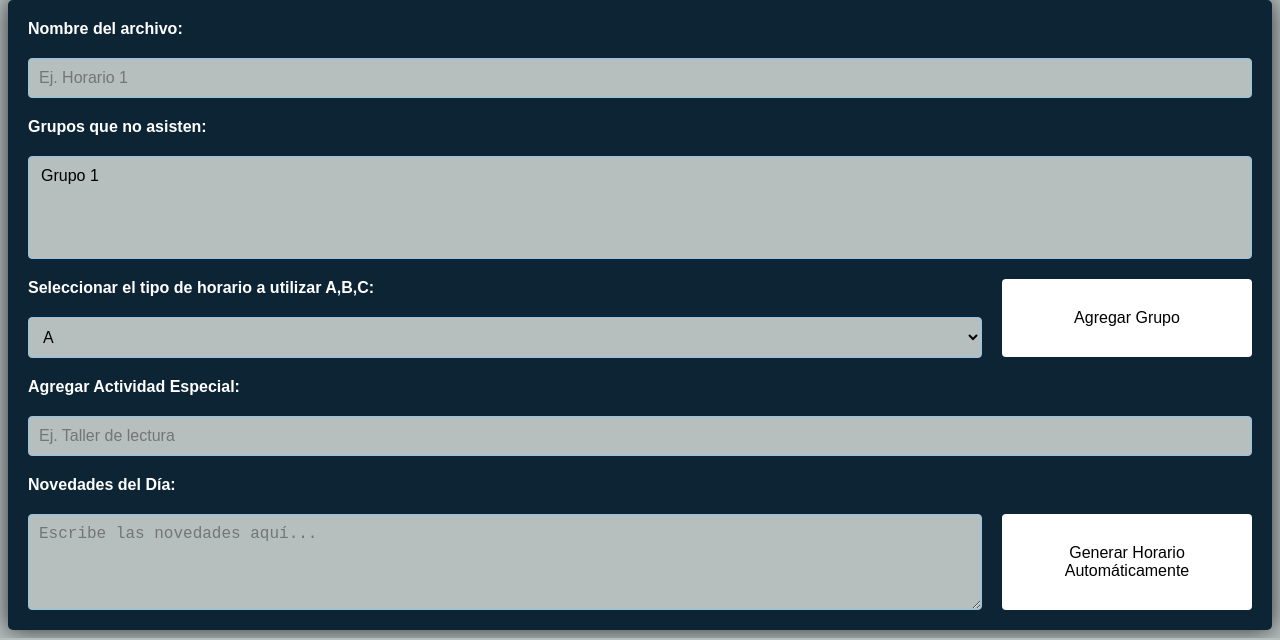
Repository: Shyk0/Zeitplan
Page: FormularioMaterias_page.html
These files come from the project's save history. The page is drawn as it stood at one moment and after the next save; the edit follows.
The browser window is 1280 px wide. The pictures show the part of the page from y = 286 to 926 px (the page is 926 px tall).

Above is the page before, as saved 2024-11-07 13:52:56.

### FormularioMaterias_page.html
<!DOCTYPE html>
<html lang="es">
<head>
    <meta charset="UTF-8">
    <meta name="viewport" content="width=device-width, initial-scale=1.0">
    <title>Formulario de Creación de Horarios</title>

    <link rel="stylesheet" href="styles/styles_formulario_page.css">
</head>
<body>

    <div class="dropdown">
        <button class="dropdown-button">Menú Desplegable</button>
        <div class="dropdown-content">
            <button><a href="Home_page.html">Ir a la sección en Página 2</a></button>
            <button>Opción 2</button>
            <button>Opción 3</button>
        </div>
    </div>

    <div class ="form-container-arriba"></div>

    <div class="form-container">
        <label for="nomArchivo">Nombre del archivo:</label>
        <input type="text" id="nomArchivo" placeholder="Ej. Horario 1">

        <label for="no-asisten">Grupos que no asisten:</label>
        <select id="no-asisten" multiple>
          <option value="grupo1">Grupo 1</option>
        </select>
        <div id="grupos-container">
            <!-- Contenedor donde se añadirán los nuevos grupos -->
            <label for="horario-ABC">Seleccionar el tipo de horario a utilizar A,B,C:</label>
            <select id="horario-ABC">
              <option value="A">A</option>
              <option value="B">B</option>
            </select>
        </div>

        <button id="agregar-grupo">Agregar Grupo</button>

        <label for="actividad-especial">Agregar Actividad Especial:</label>
        <input type="text" id="actividad-especial" placeholder="Ej. Taller de lectura">

        <label for="novedades">Novedades del Día:</label>
        <textarea id="novedades" rows="4" placeholder="Escribe las novedades aquí..."></textarea>

        <button id="generar-horario">Generar Horario Automáticamente</button>
    </div>

    <!-- Vista Previa -->
    <div class="preview-container" id="preview-container" style="display:none;">
        <h2>Vista Previa del Horario</h2>
        <div id="preview-content">
            <!-- Aquí se llenarán los datos del formulario para vista previa -->
        </div>
    </div>
    <!-- Scripts -->
    <script src="scripts/script_formulario_page.js"></script>
</body>
</html>

### styles/styles_formulario_page.css
:root{
    --color-backgroundForm: #0c2434;
    --color-input: #93c4e6;
    --color-background: #b6bebe;
}

/*Configuracion de letra*/
body {
    font-family: Arial, sans-serif;
    background-position: center;
    margin: 0, auto;
    padding: 0;
    color: #ffff;
    background-color: var(--color-background);
}

/* Estilo del contenedor del menú desplegable */
.dropdown {
    position: relative;
    display: inline-block;
}

/* Botón que muestra el menú */
.dropdown-button {
    background-color: var(--color-backgroundForm);
    color: white;
    padding: 10px 20px;
    border: none;
    border-radius: 5px;
    cursor: pointer;
}

/* Contenedor del menú desplegable */
.dropdown-content {
    display: none;
    position: absolute;
    background-color: var(--color-background);
    min-width: 160px;
    box-shadow: 0px 8px 16px 0px rgba(0,0,0,0.2);
    border-radius: 5px;
    z-index: 1;
}

/* Botones dentro del menú */
.dropdown-content button {
    margin: 1px;
    background-color: var(--color-backgroundForm);
    color: white;
    border: none;
    padding: 10px;
    width: 100%;
    text-align: left;
    border-radius: 5px;
    cursor: pointer;
}

.dropdown-content button:hover {
    background-color: var(--color-input)
}

/* Mostrar el menú al pasar el mouse */
.dropdown:hover .dropdown-content {
    display: block;
}


.form-container-arriba {
    background-image: url('../assets/Logo_app.svg'); /* direccion de imagen*/
    background-repeat: no-repeat; /*Para que no aparesca duplicada*/
    background-position: center;
    background-size: contain; /* para que solo sea del tamano del contenedor*/
    display: flex;
    flex-wrap: wrap;
    gap: 50px;
    justify-content: space-between;
    padding: 20px;
    max-width: 100%;
    min-height: 200px;
    margin: 0 auto;
}

.form-container {
    /*Ajustes para que el contenedor ocupe el espacio necesario*/
    display: flex;
    flex-wrap: wrap;
    gap: 20px;
    justify-content: space-between;
    padding: 20px;
    max-width: 97%;
    margin: 0 auto;
    border-radius: 5px;
    box-shadow: 0 6px 15px rgba(255, 255, 255, 0.1);
    background-color: var(--color-backgroundForm);
    /* Sombra para navegadores con prefijo -webkit- (Chrome, Safari, Opera, versiones antiguas) */
    -webkit-box-shadow: 0px 0px 23px 0px rgba(0,0,0,0.75);

    /* Sombra para navegadores con prefijo -moz- (Firefox, versiones antiguas) */
    -moz-box-shadow: 0px 0px 23px 0px rgba(0,0,0,0.75);

    /* Sombra para navegadores modernos, sin prefijos */
box-shadow: 0px 0px 23px 0px rgba(0,0,0,0.75);

}


.form-container label, .form-container select, .form-container input, .form-container textarea, .form-container button {
    flex: 75%;
    min-width: 200px;
    font-size: 16px;
}


label {
    font-weight: bold;
}

select, input, textarea {
    padding: 10px;
    border: 1px solid #93c4e6;
    border-radius: 4px;
    width: 100%;
    background: var(--color-background);
}

textarea {
    resize: vertical;
}

button {
    padding: 30px;
    background-color: white;
    border: none;
    border-radius: 4px;
    cursor: pointer;
    font-size: 16px;
    width: auto; /* Cambiado de 100% a auto para que no crezca demasiado */
    min-width: 200px;
    max-width: 250px;
    box-sizing: border-box;
    align-self: flex-start;
}

button:hover {
    background-color: #3498db;
}

/* Estilos para la vista previa */
.preview-container {
    margin: 20px auto;
    padding: 20px;
    max-width: 800px;
    background-color: #3498db;
    border-radius: 8px;
    box-shadow: 0 4px 10px rgba(0, 0, 0, 0.1);
}

.preview-container h2 {
    text-align: center;
    font-size: 22px;
    color: #3498db;
}

.preview-item {
    margin-bottom: 10px;
}

#grupos-container{
    display: flex;
    flex-wrap: wrap; /* Asegura que cada grupo esté en una nueva línea */
    gap: 20px; /* Espacio entre grupos */
    flex-grow: 1; /* Permite que el contenedor crezca, pero no el botón */
}

.boton-agregar {
    flex: 1 1 100%; /* Hace que el botón ocupe todo el ancho */
    display: flex; /* Permite alinear el botón en el centro */
    justify-content: center; /* Centra el botón */
}
.boton-dos {
    flex: 1 1 100%; /* Hace que el botón ocupe todo el ancho */
    display: flex; /* Permite alinear el botón en el centro */
    justify-content: center; /* Centra el botón */
}


@media (max-width: 600px) {
    /*Es para que se pueda visualizar en cualquier ancho de pantalla */
    .form-container {
        flex-direction: column;
    }
}

### scripts/script_formulario_page.js
document.addEventListener('DOMContentLoaded', function() {
    let grupoCounter = 1;

        function agregarGrupo() {
            grupoCounter++;
            const nuevoGrupoId = 'grupo' + grupoCounter;

            // Agrega un nuevo grupo al select 'no-asisten'
            const selectNoAsisten = document.getElementById('no-asisten');
            const newOption = document.createElement('option');
            newOption.value = nuevoGrupoId;
            newOption.text = 'Grupo ' + grupoCounter;
            selectNoAsisten.appendChild(newOption);

            // Crea un nuevo div con select de materias para el nuevo grupo
            const nuevoGrupoDiv = document.createElement('div');
            nuevoGrupoDiv.innerHTML = `
                <label for="materias-${nuevoGrupoId}">Materias para Grupo ${grupoCounter}:</label>
                <select id="materias-${nuevoGrupoId}">
                  <option value="matematicas">Matemáticas</option>
                  <option value="ciencias">Ciencias</option>
                </select>
            `;
            document.getElementById('grupos-container').appendChild(nuevoGrupoDiv);
            console.log("FUNCIONA SI FUNCIONA");
    }

        //Llamamos al evento desde aqui sin tener un "onClick" desde el HTML
        document.getElementById('agregar-grupo').addEventListener('click', agregarGrupo);
    // Función para actualizar la vista previa
    function actualizarVistaPrevia() {



        const actividadEspecial = document.getElementById('actividad-especial').value;
        const novedades = document.getElementById('novedades').value;

        const previewContent = document.getElementById('preview-content');
        previewContent.innerHTML = '';

        if (noAsisten.length > 0) {
            const noAsistenDiv = document.createElement('div');
            noAsistenDiv.classList.add('preview-item');
            noAsistenDiv.innerHTML = `<strong>Grupos que no asisten:</strong> ${noAsisten.join(', ')}`;
            previewContent.appendChild(noAsistenDiv);
        }

        for (let i = 1; i <= grupoCounter; i++) {
            const grupoId = 'grupo' + i;
            if (!noAsisten.includes(`Grupo ${i}`)) {
                const materiaGrupo = document.getElementById(`materias-${grupoId}`).value;
                const materiaDiv = document.createElement('div');
                materiaDiv.classList.add('preview-item');
                materiaDiv.innerHTML = `<strong>Materias para Grupo ${i}:</strong> ${materiaGrupo}`;
                previewContent.appendChild(materiaDiv);
            }
        }

        if (actividadEspecial) {
            const actividadDiv = document.createElement('div');
            actividadDiv.classList.add('preview-item');
            actividadDiv.innerHTML = `<strong>Actividad Especial:</strong> ${actividadEspecial}`;
            previewContent.appendChild(actividadDiv);
        }

        if (novedades) {
            const novedadesDiv = document.createElement('div');
            novedadesDiv.classList.add('preview-item');
            novedadesDiv.innerHTML = `<strong>Novedades del Día:</strong> ${novedades}`;
            previewContent.appendChild(novedadesDiv);
        }

        document.getElementById('preview-container').style.display = 'block';
    }

    // Función para deshabilitar materias si el grupo no asiste
    function actualizarMaterias() {
        const noAsisten = Array.from(document.getElementById('no-asisten').selectedOptions).map(option => option.value);

        for (let i = 1; i <= grupoCounter; i++) {
            const grupoId = 'materias-grupo' + i;
            const grupoMaterias = document.getElementById(grupoId);

            if (grupoMaterias) {
                if (noAsisten.includes('grupo' + i)) {
                    grupoMaterias.disabled = true;
                } else {
                    grupoMaterias.disabled = false;
                }
            }
        }
    }

    // Inicializar Select2 para el campo de selección múltiple

    });

After the next save:
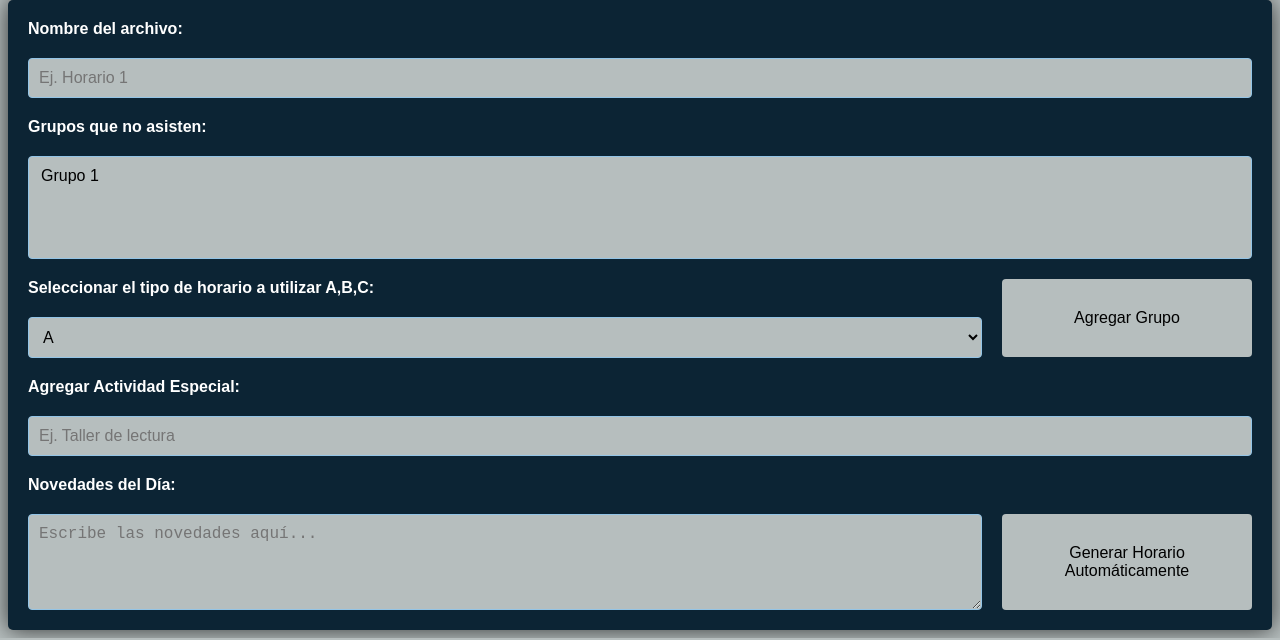
Saved 39 s later.
--- a/styles/styles_formulario_page.css
+++ b/styles/styles_formulario_page.css
@@ -128,7 +128,7 @@ textarea {
 
 button {
     padding: 30px;
-    background-color: white;
+    background-color: var(--color-background);
     border: none;
     border-radius: 4px;
     cursor: pointer;
